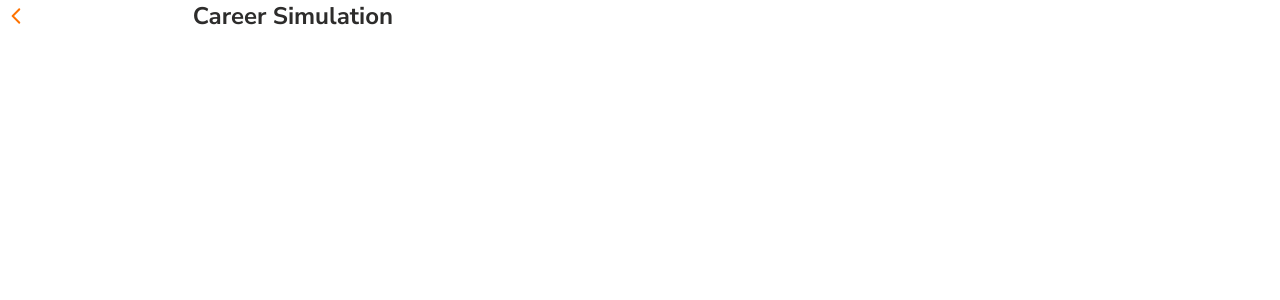
Repository: daniel-liu01/week10books
Page: /
An editor plug-in stored every save of this project. The page is shown before and after the next save, followed by the edit.
The browser window is 1280 px wide. The pictures show the whole page.
The project was rebuilt for these pictures with package versions that can differ from the ones it lists, and the page was loaded fresh each time. Also part of the build but not shown: vite.config.js, vite.config.ts, src/App.css.

Above is the page before, as saved 2025-10-17 17:37:23.

After the next save:
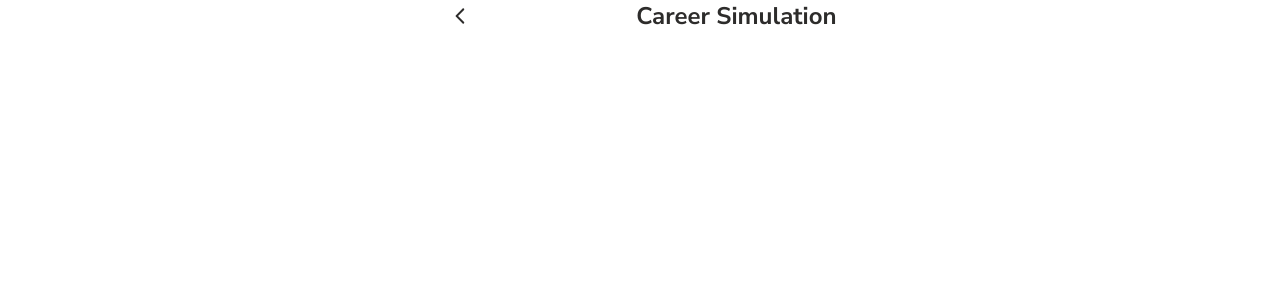
Saved 11 s later.
--- a/src/index.css
+++ b/src/index.css
@@ -26,7 +26,8 @@ html {
     width: 393px;
     height: 100%;
     padding: 0;
-    margin: 0;
+    margin: 0 auto;
+    min-height: 100vh;
 }
 
 /* ------------------------------------------------------ VARIABLES ------------------------------------------------------ */
